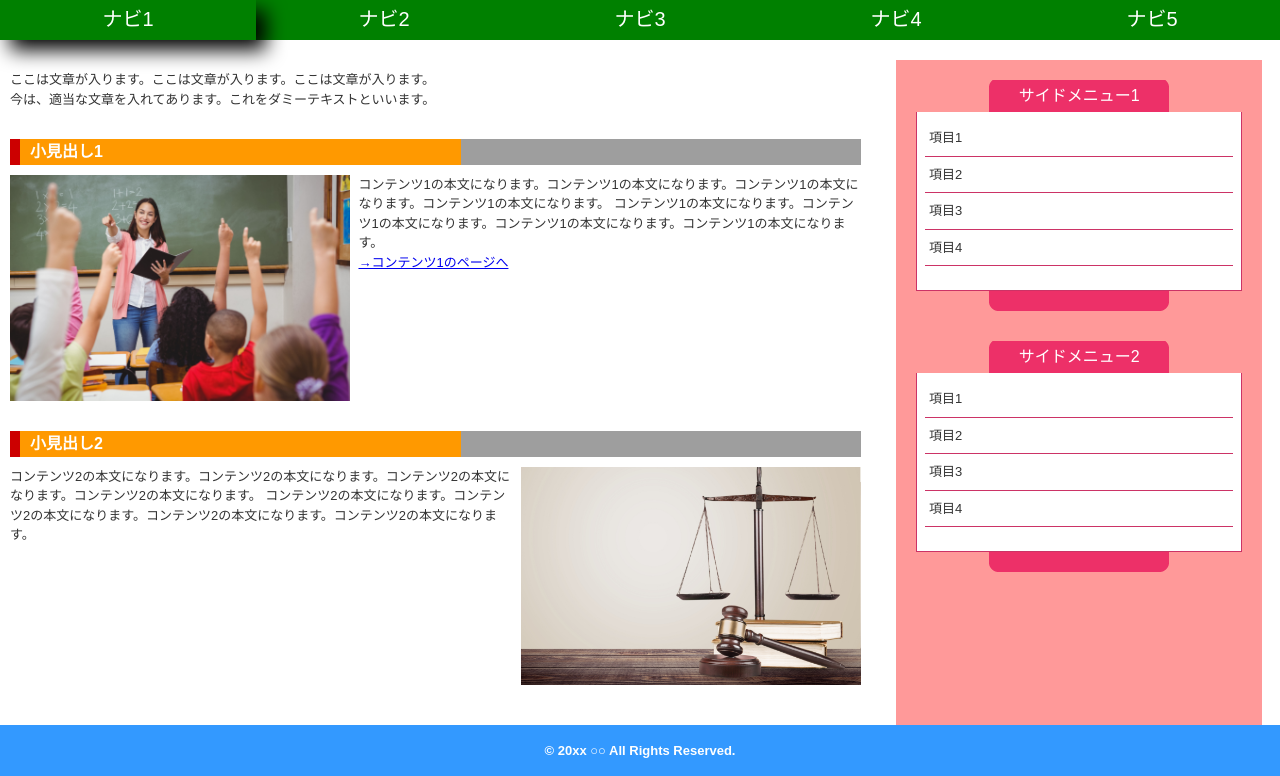
Repository: kanami0019/samurai_HTML-CSS
Page: index.html
The author's editor kept a record of every edit. The page is drawn from the files as they stood at one moment, then again after the next edit.
The browser window is 1280 px wide. The pictures show the whole page.
Pictures or frames that could not be fetched are drawn as grey boxes.

Above is the page before.

After the next edit:
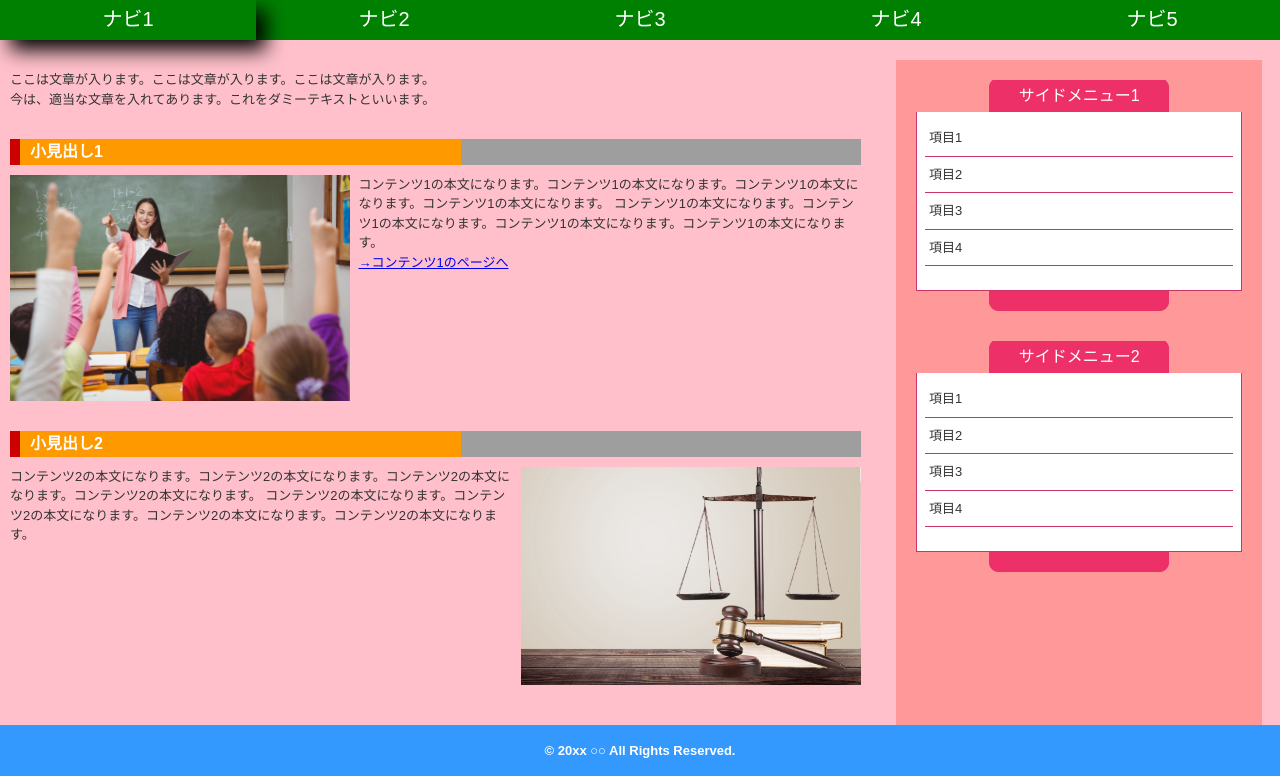
The edit:
--- a/stylesheet.css
+++ b/stylesheet.css
@@ -15,8 +15,8 @@
 	margin: auto;
 	padding: 0px;
 	border: 0px;
-	background-color: #FFF;
-	top: 10px;
+	background-color: pink;
+	top: 100px;
 }
 
 /* -------------------- header -------------------- */
